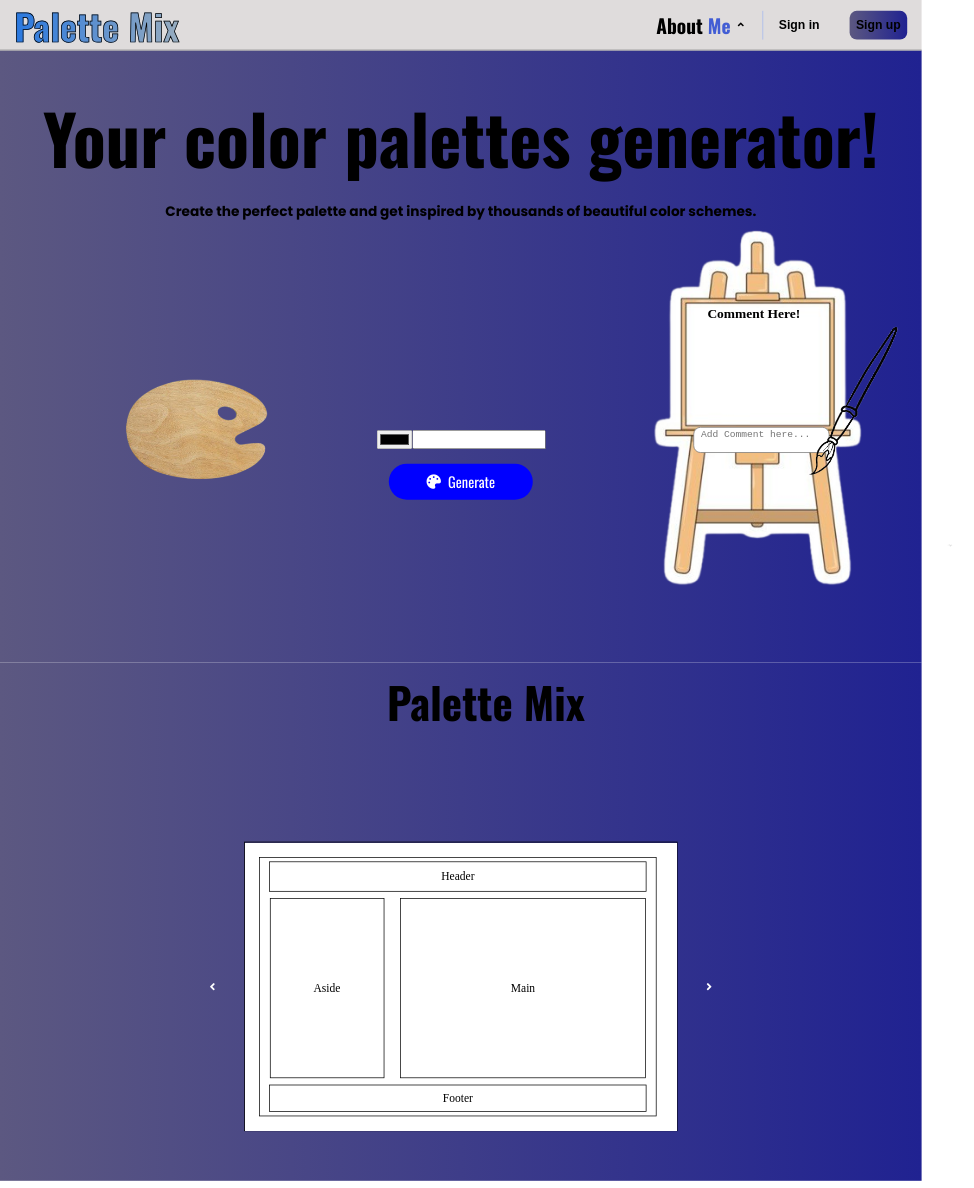
Repository: dmpelaez/Login-Signup-form
Page: Color/colorHeader.html
The author's editor kept a copy of each file at every save. The page is drawn from the files as they stood at one save, then again after the next save.
The browser window is 1280 px wide. The page is 1353 px wide, so the pictures cover 1353 px, including what lies to the right of the window. The pictures show the whole page, at 72% of full size.
Some web libraries are served in a nearby version.

Above is the page before, as saved 2025-12-12 16:26:25.

After the next save:
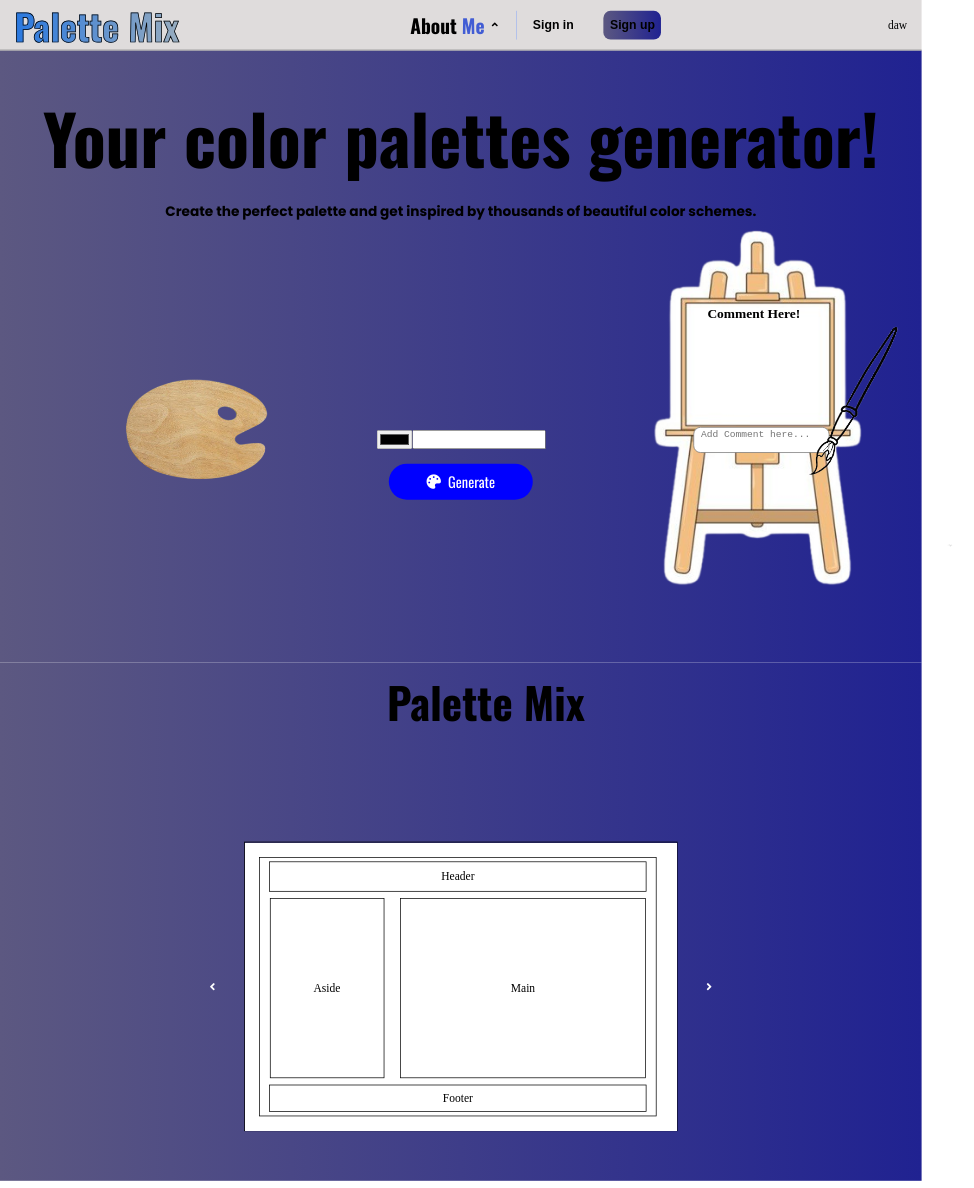
Saved 77 min 45 s later.
--- a/Color/colorHeader.html
+++ b/Color/colorHeader.html
@@ -42,6 +42,11 @@
           </div>
         </section>
         <!--End-->
+        <div class="aboutmeSection">
+          daw
+        </div>
+
+
       </header>
 
       <main class="mainpage">

After the 2 saves that followed:
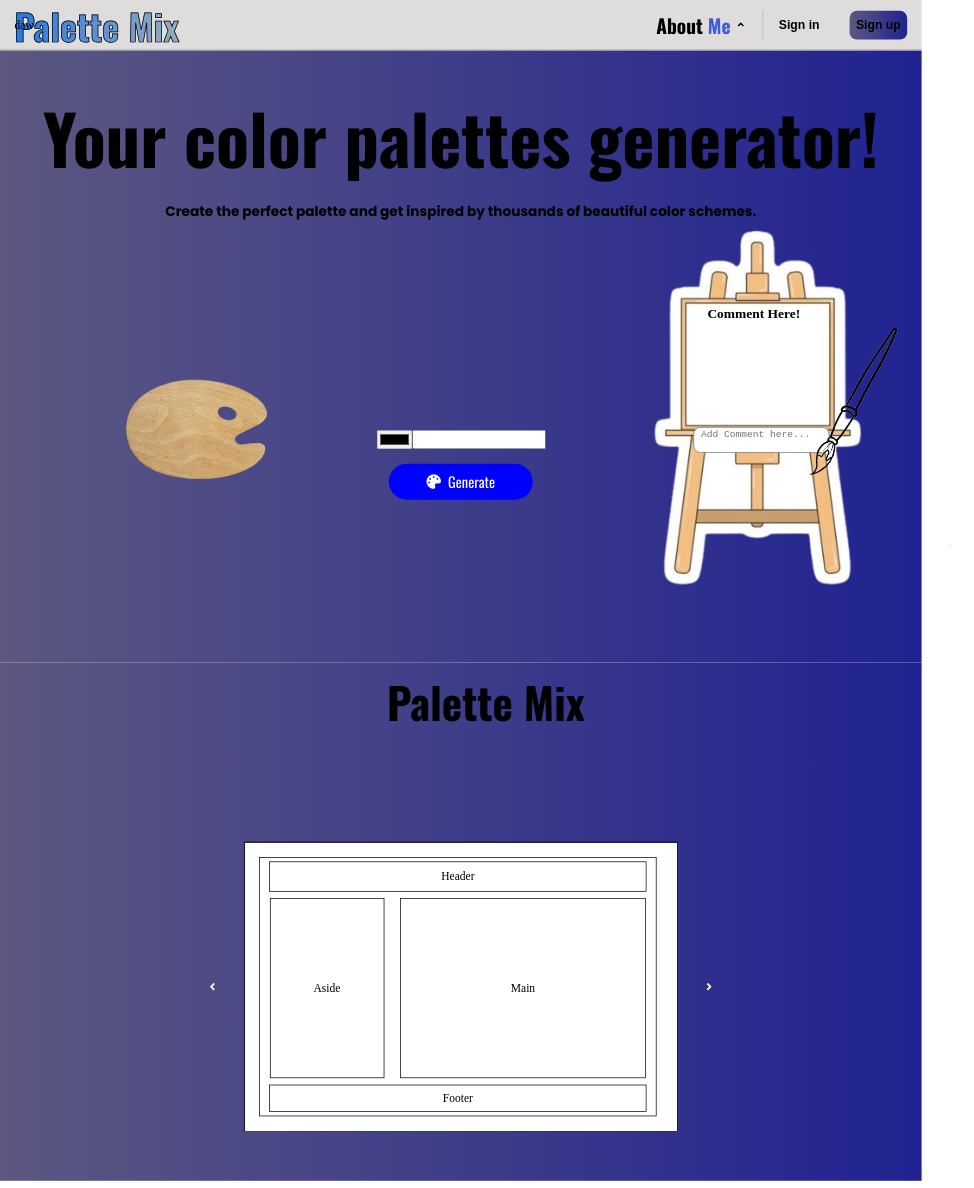
The 2 saves are shown as one change because 1 left the picture as it was.
The last was saved 53 s later.
--- a/Color/colorMain.css
+++ b/Color/colorMain.css
@@ -26,6 +26,16 @@ position: relative;
   display: flex;
   margin: 0px;
 }
+
+
+.aboutmeSection {
+  display: flex;
+  position: absolute;
+}
+
+
+
+
 .title1 {
   display: flex;
   flex-direction: column;
